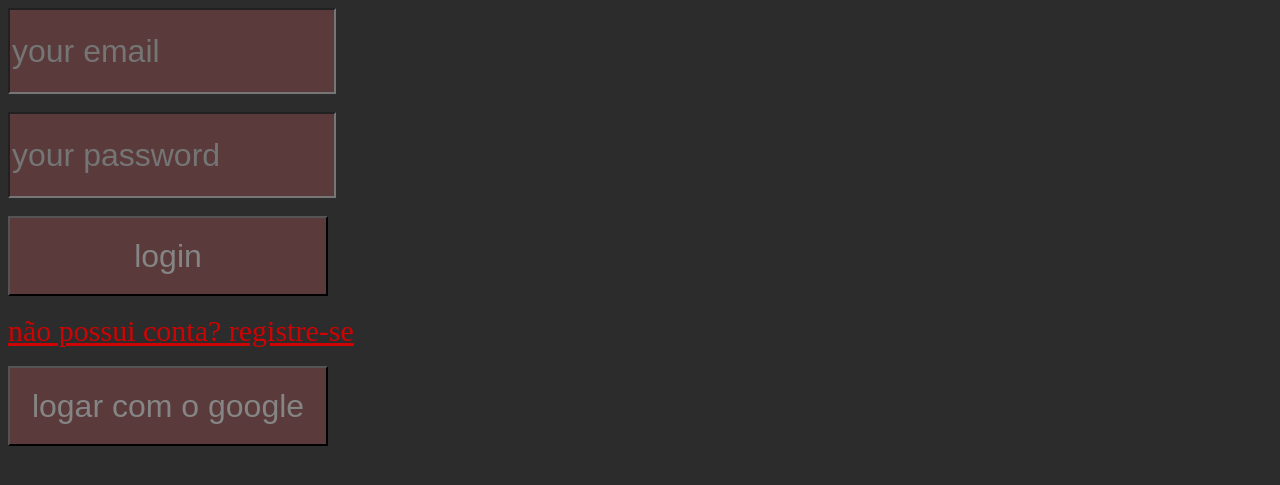
Repository: Vinicius-Borges7/NMLS
Page: frontend/pages/index.html
These files come from the project's save history. The page is drawn as it stood at one moment and after the next save; the edit follows.
The browser window is 1280 px wide. The pictures show the whole page.

Above is the page before, as saved 2023-05-22 16:38:08.

### frontend/pages/index.html
<!DOCTYPE html>
<html lang="en">
<head>
    <meta charset="UTF-8">
    <meta http-equiv="X-UA-Compatible" content="IE=edge">
    <meta name="viewport" content="width=device-width, initial-scale=1.0">
    <title>login</title>

    <link href="../styles/index.css" rel="stylesheet"/>
    <script src="../scripts/index.js" async></script>
</head>
<body>
    <section>
        <input name="email" id="iptEmail" placeholder="your email" required/><br/><br/>
        <input name="password" id="iptPassword" placeholder="your password" required/><br/><br/>
        <button onclick="login()">login</button><br/><br/>
    </section>

    <section>
        <a href="file:///C:/Users/if4health/Desktop/LoginSystem/frontend/pages/register.html">não possui conta? registre-se</a>
        <br/><br/>
    </section>

    <section>
        <button>logar com o google</button>
        <a href="http://localhost:8080/auth/google"></a>
    </section>
</body>
</html>

### frontend/styles/index.css
body{
    background-color: rgb(44, 44, 44);
}

input{
    background-color: rgb(90, 58, 58);
    width: 20rem;
    height: 5rem;
    font-size: 2rem;

    color: rgb(206, 3, 3);
}

button{
    background-color: rgb(90, 58, 58);
    width: 20rem;
    height: 5rem;
    font-size: 2rem;

    color: rgb(133, 133, 133);
}

a{
    color: rgb(206, 3, 3);
    font-size: 30px;
}

### frontend/scripts/index.js
async function login() {
    const email = document.querySelector('#iptEmail').value;
    const password = document.querySelector('#iptPassword').value;

    const body = {
        email: email,
        password: password
    };

    try {
        const response = await fetch('http://localhost:8080/user/login', {
            method: 'POST',
            headers: {
                'Content-Type': 'application/json'
            },
            body: JSON.stringify(body)
        });

        let data = await response.json();

        if(response.status === 200){
            console.log(data.token);
        }

        if (response.status === 401) {
            throw new Error('Credenciais inválidas');
        }

        if (!response.ok) {
            throw new Error('Erro na requisição');
        }

    } catch (error) {
        console.error(error);
        window.alert("senha incorreta")
    }
}

After the next save:
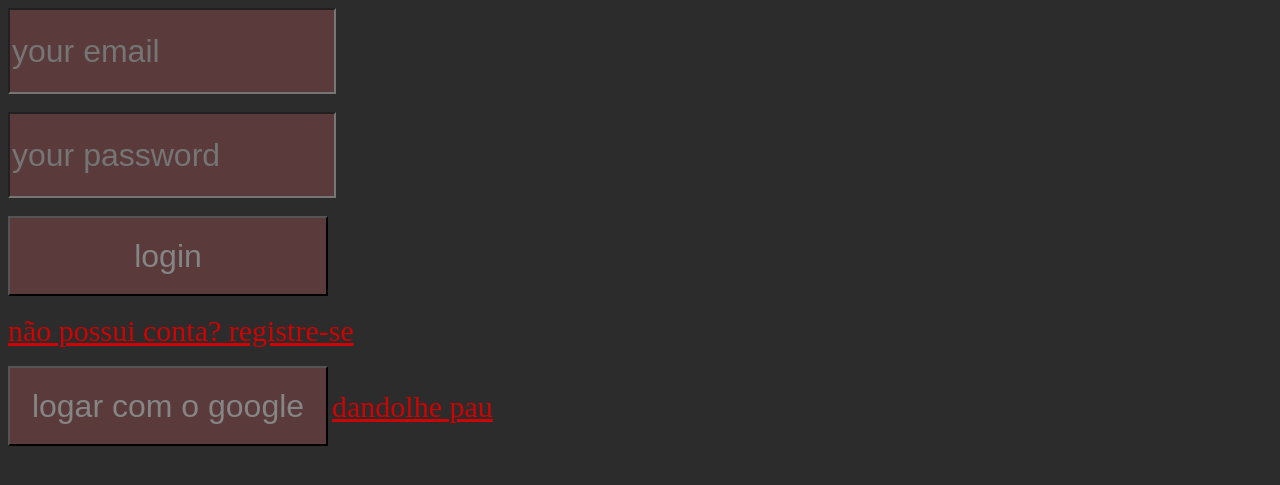
Saved 10 s later.
--- a/frontend/pages/index.html
+++ b/frontend/pages/index.html
@@ -23,7 +23,7 @@
 
     <section>
         <button>logar com o google</button>
-        <a href="http://localhost:8080/auth/google"></a>
+        <a href="http://localhost:8080/auth/google">dandolhe pau</a>
     </section>
 </body>
 </html>
